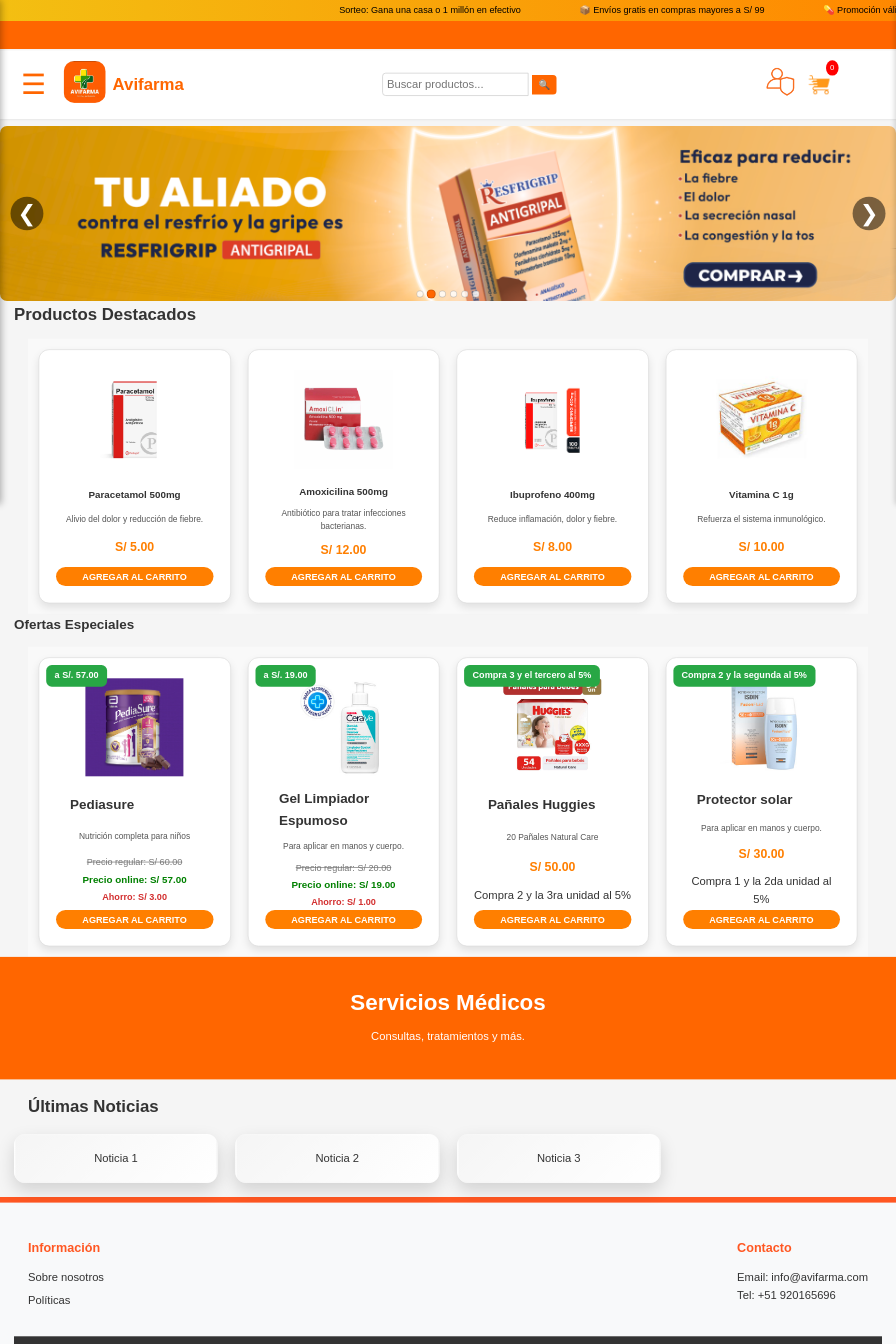
Repository: AVH75/avifarma-tienda
Page: index.html
An editor plug-in stored every save of this project. The page is shown before and after the next save, followed by the edit.
The browser window is 1280 px wide. The pictures show the part of the page from y = 0 to 1920 px (the page is 2021 px tall before and 2841 px after), at 70% of full size.

Above is the page before, as saved 2025-09-16 06:24:05.

### index.html
<!DOCTYPE html>
<html lang="es">
<head>
  <meta charset="UTF-8">
  <meta name="viewport" content="width=device-width, initial-scale=1.0">
  <title>Avifarma | Boticas y Farmacias - Salud y Bienestar</title>

  <!-- =========================
       SEO BÁSICO
  ========================= -->
  <meta name="description" content="Avifarma - Tu salud primero, siempre cerca de ti. Productos, servicios médicos y ofertas especiales.">
  <meta name="keywords" content="Avifarma, farmacia, botica, medicamentos, salud, productos farmacéuticos, Perú">
  <meta name="author" content="Bytsac.com">

  <!-- Favicon -->
<link rel="icon" type="image/png" href="img/logo/favicon.png">


  <!-- Open Graph -->
  <meta property="og:title" content="Avifarma | Tu salud primero">
  <meta property="og:description" content="Descubre productos, servicios médicos y ofertas especiales en Avifarma.">
  <meta property="og:image" content="img/logo/Logo.png">
  <meta property="og:url" content="https://avifarma.com">
  <meta property="og:type" content="website">

  <!-- Twitter Card -->
  <meta name="twitter:card" content="summary_large_image">
  <meta name="twitter:title" content="Avifarma | Tu salud primero">
  <meta name="twitter:description" content="Descubre productos, servicios médicos y ofertas especiales en Avifarma.">
  <meta name="twitter:image" content="img/logo/Logo.png">

  <!-- Schema.org JSON-LD -->
  <script type="application/ld+json">
  {
    "@context": "https://schema.org",
    "@type": "Pharmacy",
    "name": "Avifarma",
    "image": "https://avifarma.com/img/logo/Logo.png",
    "url": "https://avifarma.com",
    "address": {
      "@type": "PostalAddress",
      "addressLocality": "Trujillo",
      "addressCountry": "PE"
    },
    "contactPoint": {
      "@type": "ContactPoint",
      "telephone": "+51 920165696",
      "contactType": "customer service"
    }
  }
  </script>

  <!-- =========================
       ARCHIVOS CSS
  ========================= -->
  <link rel="stylesheet" href="css/style.css?v=1.8">
</head>
<body>

 <!-- =========================
       🔹 FRANJA SUPERIOR (Marquee con promos)
  ========================= -->
  <div class="promo-bar" role="banner">
    <div class="marquee" aria-label="Promociones destacadas">
      <span> Sorteo: Gana una casa o 1 millón en efectivo</span>
      <span>📦 Envíos gratis en compras mayores a S/ 99</span>
      <span>💊 Promoción válida hasta el 14 de septiembre</span>
    </div>
  </div>

  <!-- Separador entre la promo-bar y top-bar -->
  <div class="separador"></div>

  <!-- =========================
       🔹 TOP-BAR (Login/usuario)
  ========================= -->
<div class="top-bar" style="height: 50px;">
  <!-- Contenedor vacío para mantener la franja visible -->
</div>


  <div class="separator"></div>

  <!-- =========================
       🔹 HEADER PRINCIPAL
  ========================= -->

  <header class="header sticky" role="banner">
    <div class="main-header">

      <!-- 🔸 Menú hamburguesa y logo -->
      <div class="logo-menu-container">
        <!-- 🔸 Menú hamburguesa (izquierda) -->
        <button class="menu-toggle" id="menu-toggle" aria-label="Abrir menú de navegación" aria-controls="nav" aria-expanded="false">
          ☰
        </button>

        <!-- 🔸 Logo de Avifarma y nombre -->
        <div class="logo">
          <a href="index.html">
            <img src="img/logo/logo.jpeg" alt="Avifarma Logo" width="50" height="50" loading="lazy">
          </a>
          <h1>Avifarma</h1>
        </div>
      </div>

      <!-- 🔸 Buscador centrado -->
      <div class="buscador-container">
        <form role="search" class="search" action="buscar.html" method="get">
          <label for="buscador" class="sr-only"></label>
          <input type="search" name="q" id="buscador" placeholder="Buscar productos..." aria-label="Buscar productos">
          <button type="submit" aria-label="Buscar">🔍</button>
        </form>
      </div>

      <!-- 🔸 Acciones (Login y Carrito) -->
      <div class="acciones-header">
        <!-- Ingresar -->
     <a href="login.html">
    <img src="img/logo/login.png" alt="Imagen de inicio de sesión" style="width:50px;height:50px;">
</a>


        <!-- Carrito -->
        <a href="#" id="abrir-carrito" class="carrito-icono" aria-label="Abrir carrito de compras">
          <img src="img/logo/carrito.png" alt="Carrito de compras" class="icono-img" width="32" height="32" loading="lazy">
          <span id="contador-carrito" class="contador">0</span>
        </a>
      </div>

    </div>
  </header>

  <!-- =========================
       🔹 Menú lateral (Sidebar)
  ========================= -->
<div id="nav" class="menu">
  <button id="close-menu" class="close-menu">×</button>
  <ul>
    <li><a href="#">Inicio</a></li>
    <li><a href="#">Productos</a></li>
    <li><a href="#">Servicios</a></li>
    <li><a href="#">Contacto</a></li>
  </ul>
</div>

<div id="overlay-menu"></div>



  <!-- =========================
       🔹 HERO PROMOCIONES
  ========================= -->
  <section class="promociones" aria-label="Banners promocionales">
    <div class="slider-container">
      <div class="slider" id="slider-banner"></div>
      <button class="prev" aria-label="Anterior">❮</button>
      <button class="next" aria-label="Siguiente">❯</button>
      <div class="dots-container" id="dots"></div>
    </div>
  </section>

  <!-- =========================
       🔹 PRODUCTOS DESTACADOS
  ========================= -->
  <main>
    <section class="productos">
      <h2 id="titulo-productos">Productos Destacados</h2>
      <div class="grid-productos" id="productos-grid"></div>
    </section>

    <aside class="ofertas" aria-label="Ofertas especiales">
      <h3 id="titulo-ofertas">Ofertas Especiales</h3>
      <p class="oferta-texto"></p>
      <div class="grid-ofertas" id="ofertas-grid"></div>
    </aside>
  </main>

  <!-- =========================
       🔹 SERVICIOS
  ========================= -->
  <section class="servicios">
    <h2 id="titulo-servicios">Servicios Médicos</h2>
    <p>Consultas, tratamientos y más.</p>
  </section>

  <!-- =========================
       🔹 NOVEDADES
  ========================= -->
  <section class="novedades">
    <h2 id="titulo-novedades">Últimas Noticias</h2>
    <div class="grid">
      <article class="card">Noticia 1</article>
      <article class="card">Noticia 2</article>
      <article class="card">Noticia 3</article>
    </div>
  </section>

  <!-- =========================
       🔹 FOOTER
  ========================= -->
  <footer>
    <div class="footer-top">
      <div>
        <h3>Información</h3>
        <ul>
          <li><a href="sobre-nosotros.html">Sobre nosotros</a></li>
          <li><a href="politicas.html">Políticas</a></li>
        </ul>
      </div>
      <div>
        <h3>Contacto</h3>
        <p>Email: <a href="mailto:info@avifarma.com">info@avifarma.com</a></p>
        <p>Tel: <a href="tel:+51920165696">+51 920165696</a></p>
      </div>
    </div>
    <div class="footer-bottom">
      <p>© 2025 Avifarma. Desarrollado por <a href="https://bytsac.com" target="_blank" rel="noopener">Bytsac.com</a>.</p>
    </div>
  </footer>

 <!-- =========================
     🔹 OVERLAY (FONDO OSCURO)
========================= -->
<div id="overlay-carrito"></div>

<!-- =========================
     🔹 CARRITO LATERAL
========================= -->
<div id="carrito-sidebar" class="carrito-sidebar" aria-hidden="true">
  <div class="carrito-header">
    <h2>Carrito</h2>
    <button class="cerrar-carrito" onclick="cerrarCarrito()" aria-label="Cerrar carrito">×</button>
  </div>

  <!-- Productos -->
  <div id="carrito-items" class="productos-carrito">
    <!-- Ejemplo producto -->
    <div class="producto-card">
      <img src="img/productos/marca.jpg" alt="Producto">
      <div class="producto-info">
        <h3>Nombre del Producto</h3>
        <p class="precio">S/ 20.00</p>
        <div class="acciones">
          <button class="cantidad">-</button>
          <span>1</span>
          <button class="cantidad">+</button>
          <button class="eliminar">🗑</button>
        </div>
      </div>
    </div>
  </div>

  <!-- Totales -->
<div class="carrito-footer">
  <div class="resumen-linea">
    <span>Subtotal</span>
    <span id="subtotal">S/ 0.00</span>
  </div>
  <div class="resumen-linea">
    <span>Costo de envío</span>
    <span id="costo-envio">--</span>
  </div>
  <div class="resumen-linea">
    <span>Descuento por volumen</span>
    <span id="descuento-volumen">S/ 0.00</span>
  </div>
  <div class="resumen-linea">
    <span>Descuento directo</span>
    <span id="descuento-directo">S/ 0.00</span>
  </div>
  <div class="resumen-linea ahorro">
    <span>Ahorro total</span>
    <span id="ahorro-total">S/ 0.00</span>
  </div>

  <hr>

  <div class="resumen-total">
    <span>Total</span>
    <span id="total">S/ 0.00</span>
  </div>

  <p class="nota-envio">El costo de envío no está incluido en el total.</p>

  <div class="cart-buttons">
    <button id="ir-a-pagar" class="btn-primary" onclick="comprarAhora()">Comprar ahora por WhatsApp</button>
    <a href="carrito.html" id="ver-carrito" class="btn-secundario">Ver carrito</a>
  </div>
</div>


<!-- =========================
     🔹 SCRIPTS
========================= -->
<script src="js/menu.js?v=1.8" defer></script>
<script src="js/carrito.js?v=1.8" defer></script>
<script src="js/render-catalogo.js?v=1.8" defer></script>
</body>
</html>

Loaded but not shown: productos.json (111 lines, source omitted); js/carrito.js (384 lines, source omitted); js/render-catalogo.js (206 lines, source omitted); js/menu.js (70 lines, source omitted); css/style.css (1775 lines, source omitted)

After the next save:
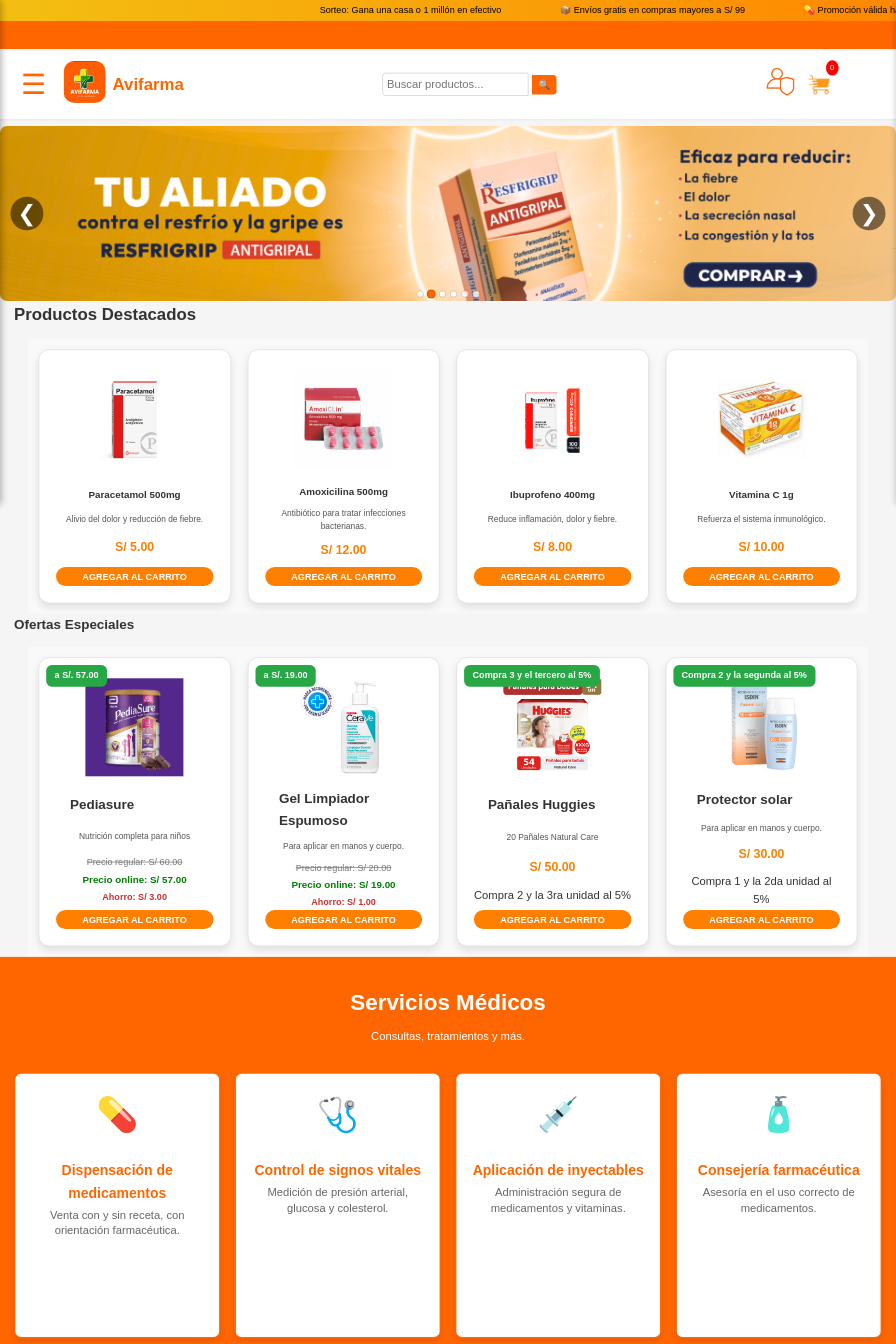
Saved 39 h 21 min later.
--- a/index.html
+++ b/index.html
@@ -178,11 +178,50 @@
 
   <!-- =========================
        🔹 SERVICIOS
-  ========================= -->
-  <section class="servicios">
-    <h2 id="titulo-servicios">Servicios Médicos</h2>
-    <p>Consultas, tratamientos y más.</p>
-  </section>
+========================= -->
+<section class="servicios">
+  <h2 id="titulo-servicios">Servicios Médicos</h2>
+  <p>Consultas, tratamientos y más.</p>
+
+  <div class="grid-servicios">
+    <div class="card-servicio">
+      <span class="icon">💊</span>
+      <h3>Dispensación de medicamentos</h3>
+      <p>Venta con y sin receta, con orientación farmacéutica.</p>
+    </div>
+
+    <div class="card-servicio">
+      <span class="icon">🩺</span>
+      <h3>Control de signos vitales</h3>
+      <p>Medición de presión arterial, glucosa y colesterol.</p>
+    </div>
+
+    <div class="card-servicio">
+      <span class="icon">💉</span>
+      <h3>Aplicación de inyectables</h3>
+      <p>Administración segura de medicamentos y vitaminas.</p>
+    </div>
+
+    <div class="card-servicio">
+      <span class="icon">🧴</span>
+      <h3>Consejería farmacéutica</h3>
+      <p>Asesoría en el uso correcto de medicamentos.</p>
+    </div>
+
+    <div class="card-servicio">
+      <span class="icon">🔬</span>
+      <h3>Pruebas rápidas</h3>
+      <p>Glucosa, colesterol, embarazo y más.</p>
+    </div>
+
+    <div class="card-servicio">
+      <span class="icon">🚑</span>
+      <h3>Primeros auxilios</h3>
+      <p>Atención básica y curaciones menores.</p>
+    </div>
+  </div>
+</section>
+
 
   <!-- =========================
        🔹 NOVEDADES
